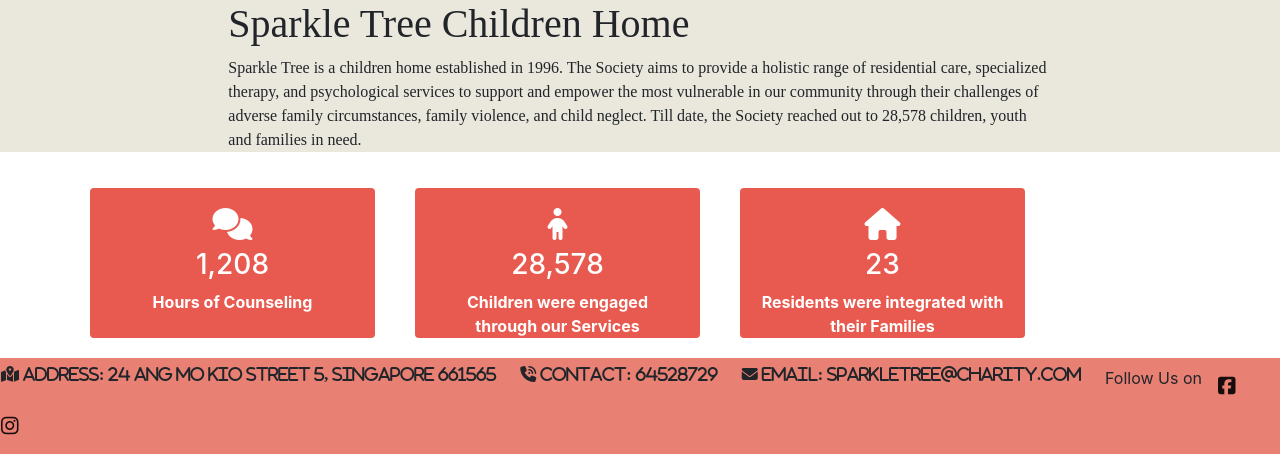
Repository: Code-Institute-Submissions/Jasonngyt-Project1
Page: index.html
The author's editor kept a record of every edit. The page is drawn from the files as they stood at one moment, then again after the next edit.
The browser window is 1280 px wide. The pictures show the part of the page from y = 632 to 1086 px (the page is 1086 px tall).
Some web fonts or font styles are not loaded; a fallback is used. Some web libraries are served in a nearby version.

Above is the page before.

### index.html
<!DOCTYPE html>
<html lang="en">
<head>
    <meta charset="UTF-8">
    <meta name="viewport" content="width=device-width, initial-scale=1.0">
    <meta http-equiv="X-UA-Compatible" content="ie=edge">
    <title>Sparkle Tree Children Home</title>

    <!-- Bootsrap CSS -->
    <link rel="stylesheet" href="https://stackpath.bootstrapcdn.com/bootstrap/4.3.1/css/bootstrap.min.css" integrity="sha384-ggOyR0iXCbMQv3Xipma34MD+dH/1fQ784/j6cY/iJTQUOhcWr7x9JvoRxT2MZw1T" crossorigin="anonymous">

    <!-- Font Awesome -->
    <script src="https://kit.fontawesome.com/749eb0769b.js"></script>

    <!--Google Font -->
    <link href="https://fonts.googleapis.com/css?family=PT+Serif+Caption&display=swap" rel="stylesheet">

    <!-- mystyle.css -->
    <link rel="stylesheet" href="CSSstyle/mystyle.css" type="text/css"/>

</head>

<body>

    <!-- Navbar -->
    <nav class="navbar navbar-expand-md navbar-light sticky-top">
        <div class="container-fluid">
            <a class="navbar-brand" href="index.html">Logo</a>
            <button class="navbar-toggler" type="button" data-toggle="collapse" data-target="#navbarSupportedContent">
                <span class="navbar-toggler-icon"></span>
            </button>

            <div class="collapse navbar-collapse" id="navbarSupportedContent">
                <ul class="navbar-nav ml-auto">
                    <li class="nav-item active">
                        <a class="nav-link nav text-uppercase" href="index.html"><strong>About</strong><span class="sr-only">(current)</span></a>
                    </li>
                    <li class="nav-item">
                        <a class="nav-link text-uppercase" href="services.html">Our Services</a>
                    </li>
                    <li class="nav-item">
                        <a class="nav-link text-uppercase" href="enquiry.html" tabindex="-1">Join Us</a>
                    </li>
                </ul>
            </div>
        </div>
    </nav>

    <div class="container-fluid about_bg">
        <div class="about_font text-center">
            <h2>Bring out the superman in them. Sparkle and Glow.</h2>
        </div>
    </div>

    <!-- About Us -->

    <div class="container-fuild about">
            <div class="col-sm-12 col-md-8 m-auto">
                <div class="about_font">
                    <h1>Sparkle Tree Children Home</h1>
                    <p>
                        Sparkle Tree is a children home established in 1996. The Society aims to provide a holistic range of residential care, specialized therapy, and psychological services to support and empower the most vulnerable in our community through their challenges of adverse family circumstances, family violence, and child neglect.
                        Till date, the Society reached out to 28,578 children, youth and families in need.
                    </p>
                </div>
            </div>
    </div>

    <!-- Static Figure -->

    <div class="container justify-content-center">
        <div class="row">
            <div class="statistic rounded col-sm-12 col-md-3 font-weight-bold text-center"><h2 class="fas fa-comments font-weight-bold"></h2><h3>1,208</h3> <p> Hours of Counseling </p></div>
            <div class="statistic rounded col-sm-12 col-md-3 font-weight-bold text-center"><h2 class="fas fa-child"></h2><h3>28,578</h3> <p> Children were engaged through our Services </p></div>
            <div class="statistic rounded col-sm-12 col-md-3 font-weight-bold text-center"><h2 class="fas fa-home"></h2><h3>23</h3> <p> Residents were integrated with their Families </p></div>
        </div>
    </div>

    <!-- Our Services -->
    <!-- Hide first
    <div class="container row col-sm-12">
        <div class="card" style="width: 18rem;">
            <img src="..." class="card-img-top" alt="...">
            <div class="card-body">
                <h5 class="card-title">Service 1</h5>
                <p class="card-text">Some quick example text to build on the card title and make up the bulk of the card's content.</p>
                <a href="#" class="btn btn-primary">Go somewhere</a>
            </div>
        </div>

         <div class="card" style="width: 18rem;">
            <img src="..." class="card-img-top" alt="...">
            <div class="card-body">
                <h5 class="card-title">Service 2</h5>
                <p class="card-text">Some quick example text to build on the card title and make up the bulk of the card's content.</p>
                <a href="#" class="btn btn-primary">Go somewhere</a>
            </div>
        </div>

         <div class="card" style="width: 18rem;">
            <img src="..." class="card-img-top" alt="...">
            <div class="card-body">
                <h5 class="card-title">Service 3</h5>
                <p class="card-text">Some quick example text to build on the card title and make up the bulk of the card's content.</p>
                <a href="#" class="btn btn-primary">Go somewhere</a>
            </div>
        </div>
    </div>
    -->

    <!-- Footer Navbar -->
    <nav class="navbar navbar-light justify-content-center">
        <div class="row">
            <div class="fas fa-map-marked-alt pr-4"> Address: 24 Ang Mo Kio Street 5, Singapore 661565</div>
            <div class="fas fa-phone-volume pr-4"> Contact: 64528729</div>
            <div class="fas fa-envelope pr-4"> Email: sparkletree@charity.com </div>
            <p class="pr-3">Follow Us on </p>
            <a class="navbar-brand" href="#! pr-4"><i class="fab fa-facebook-square pr-3"></i></a>
            <a class="navbar-brand" href="#!"><i class="fab fa-instagram"></i></a>
        </div>
    </nav>

    <!- Bootstrap Javascript -->
    <script src="https://code.jquery.com/jquery-3.3.1.slim.min.js" integrity="sha384-q8i/X+965DzO0rT7abK41JStQIAqVgRVzpbzo5smXKp4YfRvH+8abtTE1Pi6jizo" crossorigin="anonymous"></script>
    <script src="https://cdnjs.cloudflare.com/ajax/libs/popper.js/1.14.7/umd/popper.min.js" integrity="sha384-UO2eT0CpHqdSJQ6hJty5KVphtPhzWj9WO1clHTMGa3JDZwrnQq4sF86dIHNDz0W1" crossorigin="anonymous"></script>
    <script src="https://stackpath.bootstrapcdn.com/bootstrap/4.3.1/js/bootstrap.min.js" integrity="sha384-JjSmVgyd0p3pXB1rRibZUAYoIIy6OrQ6VrjIEaFf/nJGzIxFDsf4x0xIM+B07jRM" crossorigin="anonymous"></script>

</body>
</html>

### CSSstyle/mystyle.css
.navbar{
    background-color: #E98074;
}
.nav {
    text-transform: uppercase
}

.about_font {
    font-family: 'PT Serif Caption', serif;
}

.about{
    background-color: #EAE7DC;
    padding: 0px;
    margin: 0px;
}

.about_bg {
    position: relative;
    background-image: url("../image/superchild.jpg");
    padding: 0%;
    width: 100%;
    height: 80vh;
    background-position: center;
    background-repeat: no-repeat;
    background-size: cover;
}

.statistic {
    height: 150px;
    background-color: #E85A4F;
    margin: 20px;
    color: white;
    padding: 20px;
}

.services {
    border: 3px #E85A4F solid;
    background-color: #E85A4F;
    color: white;
}

.services_border {
    border: 1px #E85A4F solid;
}

After the next edit:
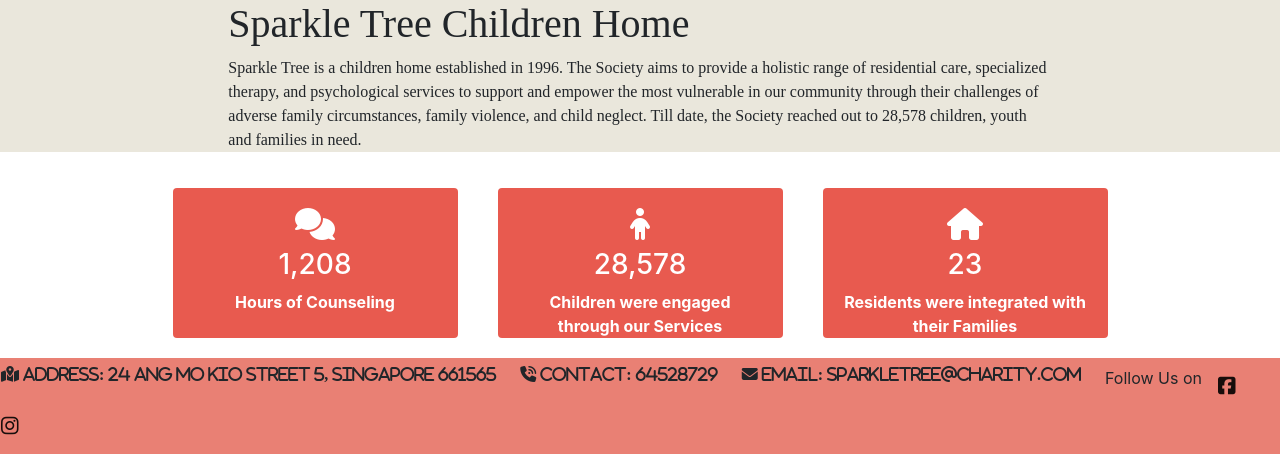
The edit:
--- a/index.html
+++ b/index.html
@@ -68,8 +68,8 @@
 
     <!-- Static Figure -->
 
-    <div class="container justify-content-center">
-        <div class="row">
+    <div class="container">
+        <div class="row justify-content-center">
             <div class="statistic rounded col-sm-12 col-md-3 font-weight-bold text-center"><h2 class="fas fa-comments font-weight-bold"></h2><h3>1,208</h3> <p> Hours of Counseling </p></div>
             <div class="statistic rounded col-sm-12 col-md-3 font-weight-bold text-center"><h2 class="fas fa-child"></h2><h3>28,578</h3> <p> Children were engaged through our Services </p></div>
             <div class="statistic rounded col-sm-12 col-md-3 font-weight-bold text-center"><h2 class="fas fa-home"></h2><h3>23</h3> <p> Residents were integrated with their Families </p></div>
